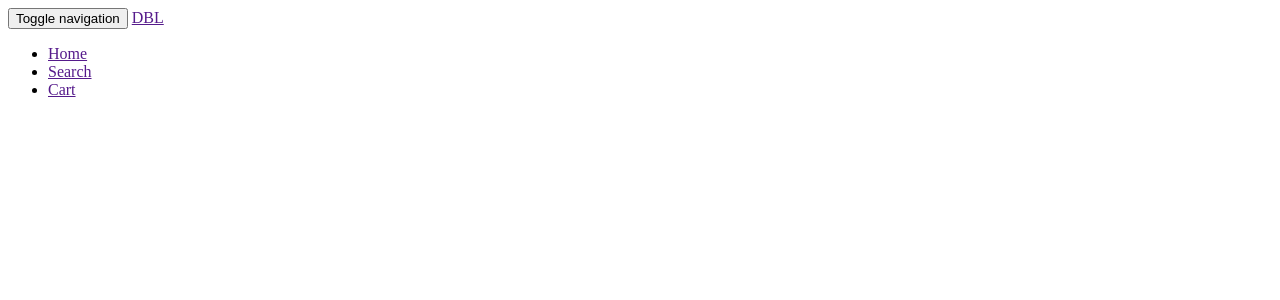
Repository: iancwwong/DigitalBibliographicalLibrary
Page: DigitalBibliographicLibrary/WebContent/include/navbar.html
These files come from the project's save history. The page is drawn as it stood at one moment and after the next save; the edit follows.
The browser window is 1280 px wide. The pictures show the whole page.

Above is the page before, as saved 2016-08-26 09:20:19.

### DigitalBibliographicLibrary/WebContent/include/navbar.html
<!--  This file contains the information of the navigation bar -->
<!-- Navbar content -->
<div class="navbar-wrapper">
  <div class="container">

    <nav class="navbar navbar-inverse navbar-static-top">
      <div class="container">
        <div class="navbar-header">
          <button type="button" class="navbar-toggle collapsed" data-toggle="collapse" data-target="#navbar" aria-expanded="false" aria-controls="navbar">
            <span class="sr-only">Toggle navigation</span>
            <span class="icon-bar"></span>
            <span class="icon-bar"></span>
            <span class="icon-bar"></span>
          </button>
          <a class="navbar-brand" href="">DBL</a>
        </div>
        <div id="navbar" class="navbar-collapse collapse">
          <ul class="nav navbar-nav">
            <li class="active"><a href="">Home</a></li>
            <li><a href="">Search</a></li>
            <li><a href="">Cart</a></li>
          </ul>
        </div>
      </div>
    </nav>

  </div>
</div>

After the next save:
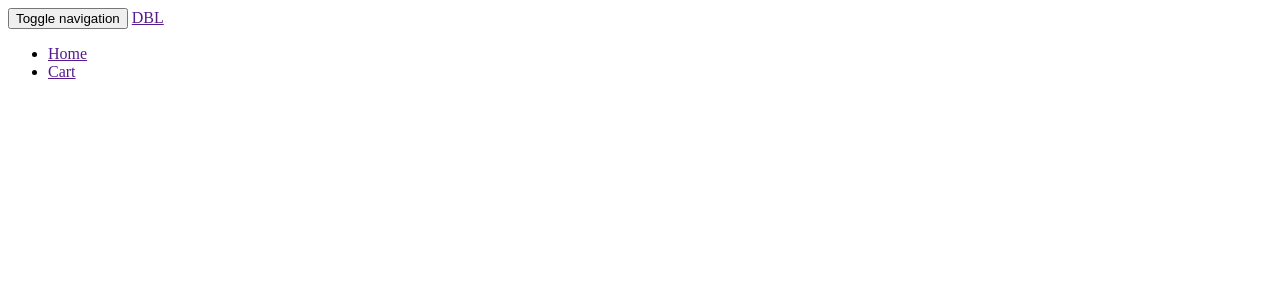
Saved 65 s later.
--- a/DigitalBibliographicLibrary/WebContent/include/navbar.html
+++ b/DigitalBibliographicLibrary/WebContent/include/navbar.html
@@ -17,7 +17,6 @@
         <div id="navbar" class="navbar-collapse collapse">
           <ul class="nav navbar-nav">
             <li class="active"><a href="">Home</a></li>
-            <li><a href="">Search</a></li>
             <li><a href="">Cart</a></li>
           </ul>
         </div>
